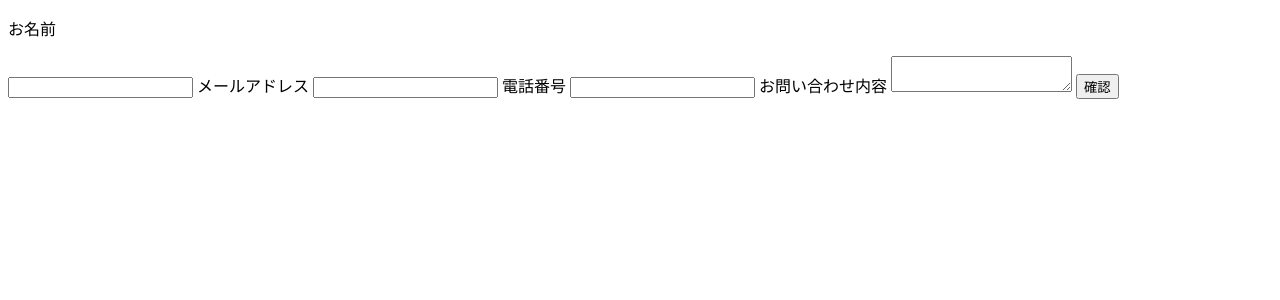
Repository: daytime/php_5days_challenge
Page: http://localhost/form.php
An editor plug-in stored every save of this project. The page is shown before and after the next save, followed by the edit.
The browser window is 1280 px wide. The pictures show the whole page.
The page is run by PHP 8.4 with error messages shown; the project is at /var/www/html/.

Above is the page before, as saved 2025-02-06 12:30:43.

### form.php
<!DOCTYPE html>
<html lang="ja">
<head>
    <meta charset="UTF-8">
    <meta name="viewport" content="width=device-width, initial-scale=1.0">
    <title>Document</title>
</head>
<body>
    <main>
        <form name="form1" method="post" action="confirm.php">
            <p><label for="name">お名前</label></p>
            <input type="text" name="name" id="name" required>
            <label for="email">メールアドレス</label>
            <input type="email" name="email" id="email" required>
            <label for="tel">電話番号</label>
            <input type="tel" name="tel" id="tel" required>
            <label for="message">お問い合わせ内容</label>
            <textarea name="message" id="message" required></textarea>
            <button type="submit">確認</button>
    </main>

</body>
</html>

After the next save:
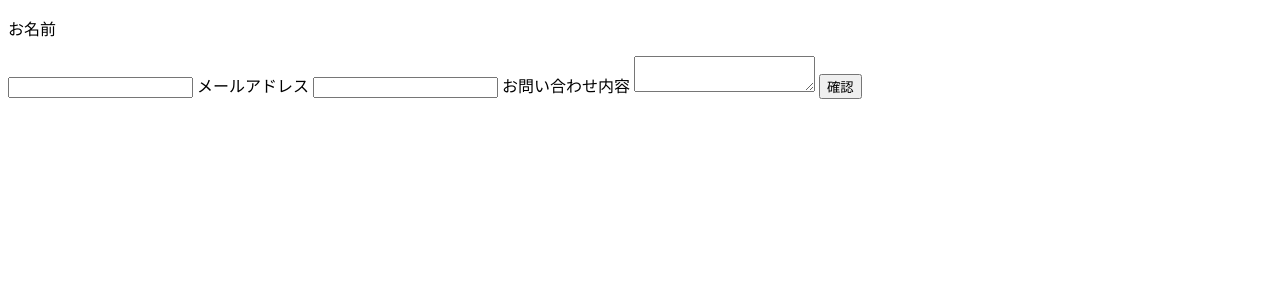
Saved 12 s later.
--- a/form.php
+++ b/form.php
@@ -12,8 +12,6 @@
             <input type="text" name="name" id="name" required>
             <label for="email">メールアドレス</label>
             <input type="email" name="email" id="email" required>
-            <label for="tel">電話番号</label>
-            <input type="tel" name="tel" id="tel" required>
             <label for="message">お問い合わせ内容</label>
             <textarea name="message" id="message" required></textarea>
             <button type="submit">確認</button>
